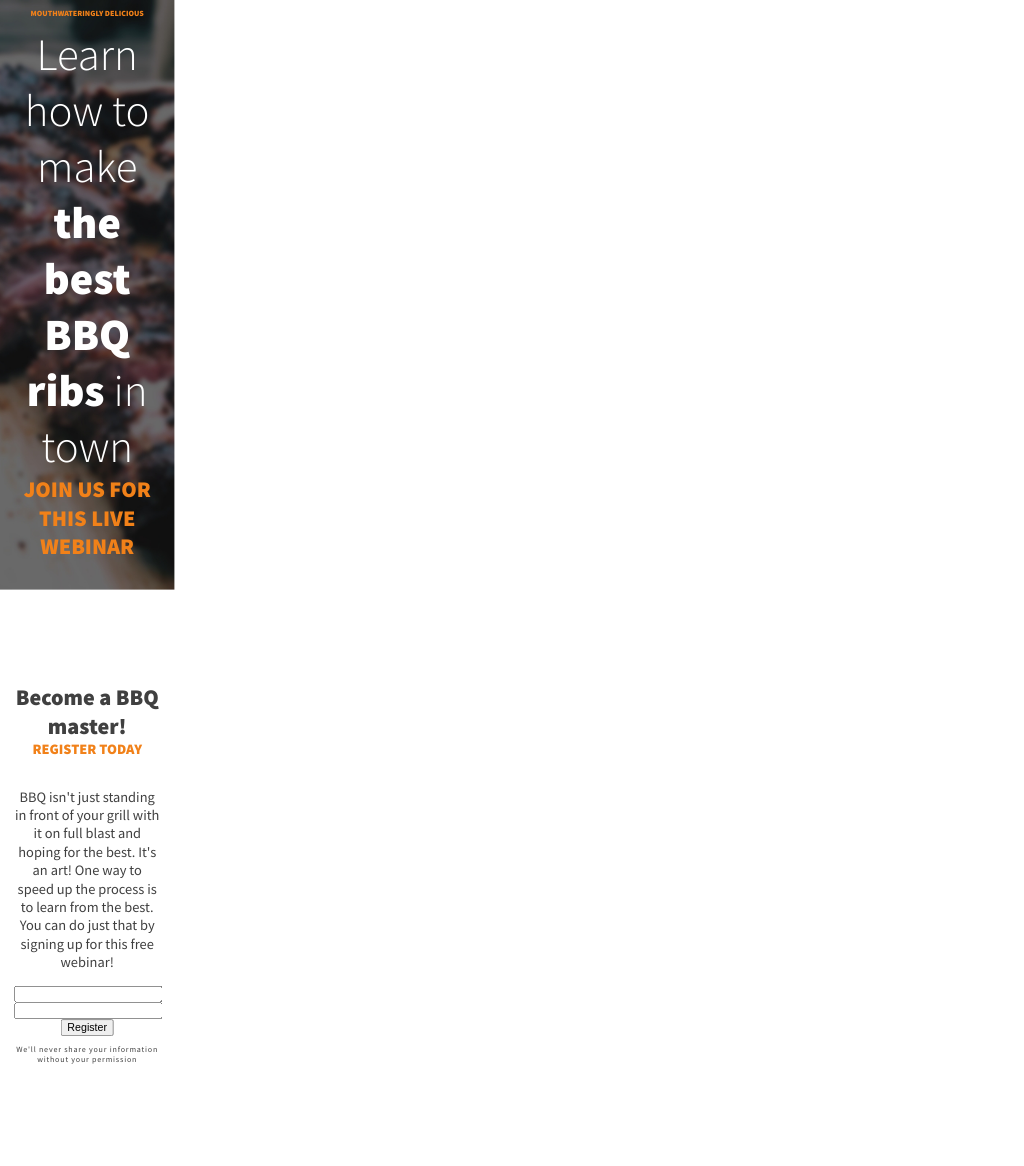
Repository: Doumham-Armah/BBQ-landing-page
Page: index.html
An editor plug-in stored every save of this project. The page is shown before and after the next save, followed by the edit.
The browser window is 1280 px wide. The pictures show the whole page, at 80% of full size.

Above is the page before, as saved 2021-09-04 21:07:02.

### index.html
<!DOCTYPE html>
<html lang="en">
  <head>
    <link
      href="https://fonts.googleapis.com/css?family=Source+Sans+Pro:300,400,900&display=swap"
      rel="stylesheet"
    />
    <link href="styles.css" rel="stylesheet" />

    <title>BBQ Page</title>
  </head>

  <body>
    <div class="splitter">
      <section class="intro">
        <p class="top-text">Mouthwateringly delicious</p>
        <h1>Learn how to make <strong>the best BBQ ribs</strong> in town</h1>
        <p>Join us for this live webinar</p>
      </section>

      <section class="main-content">
        <h2>Become a BBQ master!</h2>
        <p>Register Today</p>
        <p>
          BBQ isn't just standing in front of your grill with it on full blast
          and hoping for the best. It's an art! One way to speed up the process
          is to learn from the best. You can do just that by signing up for this
          free webinar!
        </p>
        <input type="text" />
        <input type="text" />
        <button class="btn register-btn">Register</button>
        <p class="fine-print">
          We'll never share your information without your permission
        </p>
      </section>
    </div>
  </body>
</html>

### styles.css
/*  font-family: 'Source Sans Pro', sans-serif;  */

* {
  box-sizing: border-box;
}

body {
  margin: 0;
  font-family: "Source Sans Pro", sans-serif;
  font-size: 1rem;
  color: #404040;
  text-align: center;
}

/* =================
 Typography
 ================= */

h1 {
  font-size: 2.25rem;
  font-weight: 300;
  color: #fff;
  margin: 0;
}

h1 + p {
  color: #f18119;
  font-weight: 900;
  font-size: 1.3125rem;
  text-transform: uppercase;
  margin: 0;
}

h2 {
  font-size: 1.3125rem;
  margin: 0;
}

h2 + p {
  font-weight: 900;
  color: #f18119;
  margin-top: 0;
  text-transform: uppercase;
}

.top-text {
  font-size: 0.625rem;
  color: #f18119;
  font-weight: 900;
  text-transform: uppercase;
  order: -1;
}

.fine-print {
  font-size: 0.625rem;
  letter-spacing: 1px;
}

strong {
  font-weight: 900;
}

/* =================
 Intro section
 ================= */

.intro {
  background-image: url(images/dark-ribs.jpg);
  background-size: cover;
  background-color: #404040;
  background-position: center;
  padding: 0 0.5em 2em;
  display: flex;
  flex-direction: column;
  justify-content: space-between;
  min-height: 50vh;
}

/* =================
 main-content section
 ================= */

.main-content {
  padding: 2em 1em;
}

.intro > *,
.main-content > * {
  max-width: 400px;
  margin-left: auto;
  margin-right: auto;
}

/* =================
 media queries
 ================= */

@media (min-width: 500px) {
  body {
    font-size: 1.125rem;
    display: flex;
  }

  h1 {
    font-size: 3.5rem;
  }

  h2,
  h1 + p {
    font-size: 1.75rem;
  }

  .intro,
  .main-content {
    width: 50%;
    min-height: 100vh;
  }

  .main-content {
    display: flex;
    flex-direction: column;
    justify-content: center;
  }
}

After the next save:
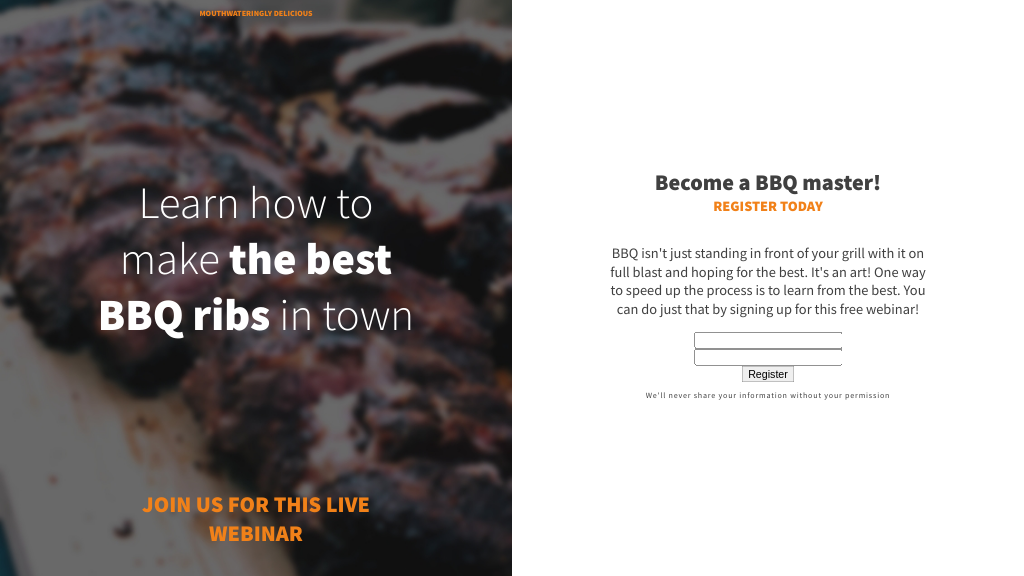
Saved 7 s later.
--- a/index.html
+++ b/index.html
@@ -11,29 +11,27 @@
   </head>
 
   <body>
-    <div class="splitter">
-      <section class="intro">
-        <p class="top-text">Mouthwateringly delicious</p>
-        <h1>Learn how to make <strong>the best BBQ ribs</strong> in town</h1>
-        <p>Join us for this live webinar</p>
-      </section>
+    <section class="intro">
+      <p class="top-text">Mouthwateringly delicious</p>
+      <h1>Learn how to make <strong>the best BBQ ribs</strong> in town</h1>
+      <p>Join us for this live webinar</p>
+    </section>
 
-      <section class="main-content">
-        <h2>Become a BBQ master!</h2>
-        <p>Register Today</p>
-        <p>
-          BBQ isn't just standing in front of your grill with it on full blast
-          and hoping for the best. It's an art! One way to speed up the process
-          is to learn from the best. You can do just that by signing up for this
-          free webinar!
-        </p>
-        <input type="text" />
-        <input type="text" />
-        <button class="btn register-btn">Register</button>
-        <p class="fine-print">
-          We'll never share your information without your permission
-        </p>
-      </section>
-    </div>
+    <section class="main-content">
+      <h2>Become a BBQ master!</h2>
+      <p>Register Today</p>
+      <p>
+        BBQ isn't just standing in front of your grill with it on full blast and
+        hoping for the best. It's an art! One way to speed up the process is to
+        learn from the best. You can do just that by signing up for this free
+        webinar!
+      </p>
+      <input type="text" />
+      <input type="text" />
+      <button class="btn register-btn">Register</button>
+      <p class="fine-print">
+        We'll never share your information without your permission
+      </p>
+    </section>
   </body>
 </html>
